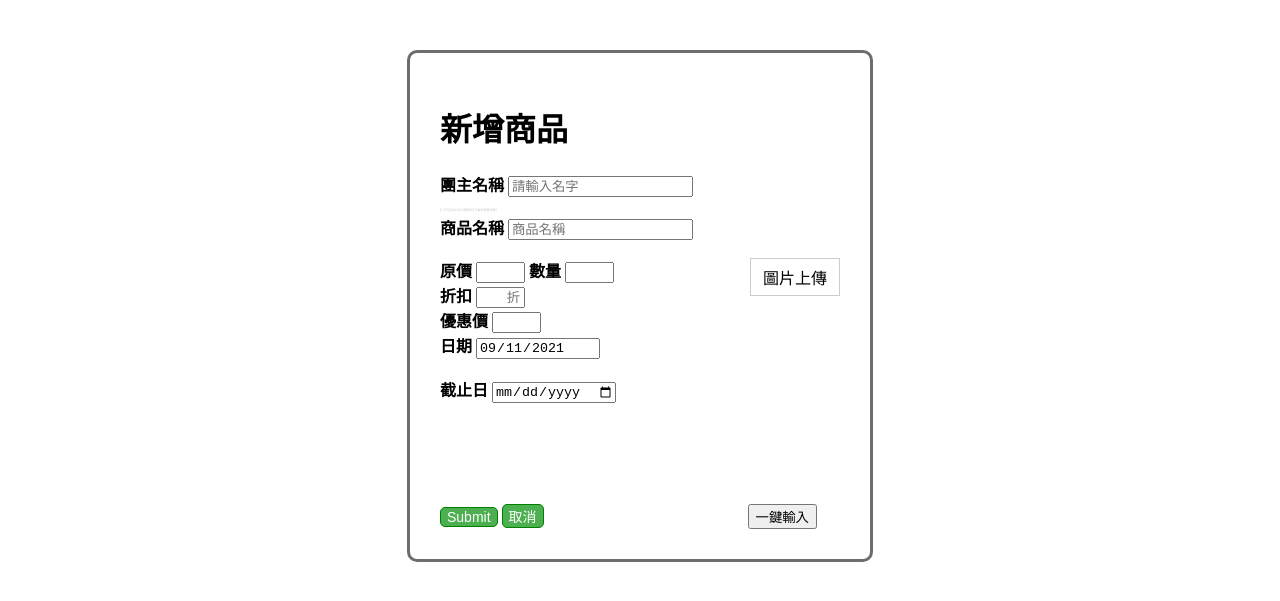
Repository: irlmpbfhvf2009/2021-09-17-Pro2-MVC
Page: http://localhost/Groupon/Manage-add.jsp
These files come from the project's save history. The page is drawn as it stood at one moment and after the next save; the edit follows.
The browser window is 1280 px wide. The pictures show the whole page.
The page is served by Tomcat 9. Other server files are loaded and not shown.

Above is the page before, as saved 2021-09-14 04:08:27.

### Groupon/src/main/webapp/Manage-add.jsp
<%@ page language="java" contentType="text/html; charset=UTF-8"
	pageEncoding="UTF-8"%>
<!DOCTYPE html>
<html>
<head>
<meta charset="UTF-8">
<title>新增團購</title>
<link rel="stylesheet" href="style.css">
<style>
input[type="file"] {
	position: fixed;
	right: 100%;
	bottom: 100%;
}

.custom-file-upload {
	border: 1px solid #ccc;
	display: inline-block;
	padding: 6px 12px;
	cursor: pointer;
}
img{float=none;}
</style>
</head>

<body>
	<div class="divform">
		<h1>新增商品</h1>
		<form action="./ProServlet" method="post">

			<!-- 團主名稱 -->
			<strong>團主名稱 </strong>
			<input type="text" class="leader" name="leader" required placeholder="請輸入名字">
			<span class="spleader"></span><br><span class="spanText">(1.不可空白2.至少兩個字3.不能有特殊符號)</span><br>

			<!-- 商品名稱 -->
			<strong>商品名稱 </strong><input type="text" name="productName" required class="productname" placeholder="商品名稱">
			<span class="spproductname"></span><br><br>

						<!-- 圖片 -->
			<div style="float:right;">
			<label for="file-upload" class="custom-file-upload"><i class="fa fa-cloud-upload"></i> 圖片上傳</label>
			<input id="file-upload" type="file" name="img" class="upl" />
			    <div>
        			<img class="preview" style="max-width: 150px; max-height: 150px;">
       				 <!-- <div class="size"></div> -->
    			</div>
			</div>
			<!-- 原價 -->
			<strong>原價 </strong><input type="text" class="price" required name="price" maxlength="6" size="3">

			<!-- 數量 -->
			<strong>數量 </strong><input type="text" name="quantity" required class="quantity" maxlength="3" size="3"><br>

			<!-- 折扣 -->
			<strong>折扣 </strong><input type="text" class="discount" required name="discount" maxlength="2" size="3" placeholder="　　折">
			<span class="spdiscount"></span><br>

			<!-- 優惠價 -->
			<strong>優惠價 </strong><input type="text" class="newprice" name="newprice" size="3" readonly><br>

			<!-- 日期 -->
			<strong>日期 </strong><input type="date" name="date" size="4" id="dt" readonly><br><br>

			<!-- 截止日 -->
			<strong>截止日 </strong><input type="date" required name="deadline" size="4" id="dat" ><br><br>

<br><br>

			<!-- 按鈕 -->
			<input type="submit" id="sbtn" name="gSubmit" style="margin-top: 50px;" class="sgbtn">
			<a href="Home.jsp"><input type="button" name="cancel" class="sgbtn" value="取消"></a>
			<input type="button" class="ssgbtn" value="一鍵輸入" style="margin-left:200px">
		</form>
	</div>
	<script src="https://code.jquery.com/jquery-3.6.0.js"></script>
	<script>
    	document.getElementById("dt").valueAsDate = new Date();

	$(function(){
		// 優惠價計算
		$('.price,.discount').on('change blur focus load',function(){
		if($('.discount').val()<10){
			$('.newprice').val(parseInt($('.price').val()*$('.discount').val()/10));
			$('.spdiscount').html('');
		}else if($('.discount').val()>10&&$('.discount').val()<100){
			$('.newprice').val(parseInt($('.price').val()*$('.discount').val()/100));
			$('.spdiscount').html('');
		}else{
			$('.spdiscount').html("<img style='width:15px' src='https://cdn-icons-png.flaticon.com/128/753/753345.png'>格式錯誤");
		}
		});
		// 團主姓名驗證
			$('.leader').on('blur',function(){
		let leaderval = $('.leader').val();
		let leaderlen = leaderval.length;
		if(leaderlen==0){
			$('.spleader').html("<img style='width:15px' src='https://cdn-icons-png.flaticon.com/128/753/753345.png'>不可空白")
		}else if(leaderlen<2){
			$('.spleader').html("<img style='width:15px' src='https://cdn-icons-png.flaticon.com/128/753/753345.png'>長度不足")
		}else if(leaderlen>1){
			for(let i=0;i<leaderlen;i++){
				let ch = leaderval.charCodeAt(i);
 				if (ch >= 0x4e00 && ch <= 0x9fff) {flag = true;}
 				else {flag = false; break;}
			}
			if (flag){$('.spleader').html("<img style='width:15px' src='https://cdn-icons-png.flaticon.com/128/1828/1828640.png'>")}
			else {$('.spleader').html("<img style='width:15px' src='https://cdn-icons-png.flaticon.com/128/753/753345.png'>格式錯誤")}
		}
	});
		// 產品名稱不能為空
		$('.productname').on('blur',function(){
				let productname = $('.productname').val();
				if(productname.length==0){
			$('.spproductname').html("<img style='width:15px' src='https://cdn-icons-png.flaticon.com/128/753/753345.png'>不可空白")
				}else{
			$('.spproductname').html("<img style='width:15px' src='https://cdn-icons-png.flaticon.com/128/1828/1828640.png'>")
				}
	});


        $('.ssgbtn').on('click',function(){
            let firstname=["李","西門","沈","張","上官","司徒","歐陽","軒轅","趙", "錢", "孫", "周", "吳", "鄭", "王", "馮", "陳","元", "卜", "顧", "孟", "平", "黃", "和", "穆", "蕭", "尹"];
            let name=["彪","巨昆","銳","翠花","小小","撒撒","熊大","寶強","子璇", "淼", "國棟", "夫子", "瑞堂", "甜", "敏", "尚", "國賢", "賀祥", "晨濤","建林", "亦菲", "林", "冰潔", "佳欣", "涵涵", "禹辰", "淳美", "澤惠", "偉洋"];
            let a = firstname[Math.floor(Math.random() * (firstname.length))];
            let b = name[Math.floor(Math.random() * (name.length))];
            $('.leader').val(a+b);
            //商品名
            $('.quantity').val(Math.floor(Math.random()*100)+10);
            $('.price').val(Math.floor(Math.random()*1000)+100);
            $('.discount').val(Math.floor(Math.random()*9)+1);
            if($('.discount').val()<10){
    			$('.newprice').val(parseInt($('.price').val()*$('.discount').val()/10));
    			$('.spdiscount').html('');
    		}else if($('.discount').val()>10&&$('.discount').val()<100){
    			$('.newprice').val(parseInt($('.price').val()*$('.discount').val()/100));
    			$('.spdiscount').html('');
    		}else{
    			$('.spdiscount').html("<img style='width:15px' src='https://cdn-icons-png.flaticon.com/128/753/753345.png'>格式錯誤");
    		}
			let productname=["【GROUPON】鐵板燒香魚/碳烤魷魚條 2包/5包",
				"【蛋塔工場】蛋塔12入:頂級用料 冰或熱都好吃",
				"NIKE AF1/1 男休閒鞋 CV1758100/DD2429001 兩色可選",
				"刮鬍刀 德國設計 4D防水三刀頭電刮鬍刀 全機可水洗 4D浮動三刀頭",
				"馬卡龍攪拌杯🥛神奇可可 控卡 婕樂纖 抖音爆紅",
				"N+Y💕 銀針韓國東大門耳環 垂墜流蘇珠珠款❤️",
				"手作💕撞色質感帆布托特包",
				"日本天然有機NOCOR產前後明星保養組:前導油+修修身體霜+產後按摩油",
				"《K.T.T.》 HL 類國軍公發MICH盔（低耳）抗彈頭盔 抗彈國際NIJ106.3A認證",]
			$('.productname').val(productname[Math.floor(Math.random() * (productname.length))]);
			var y=["2021","2022"];
			var m=["01","02","03","04","05","06","07","08","09","10","11","12"];
			var d=["01","02","03","04","05","06","07","08","09","10","11","12","13","14","15",
			"16","17","18","19","20","21","22","23","24","25","26","27","28"];
			var yy=y[Math.floor(Math.random() * (y.length))];
			var mm=m[Math.floor(Math.random() * (m.length))];
			var dd=d[Math.floor(Math.random() * (d.length))];
			$('#dat').val(yy+'-'+mm+'-'+dd);
        })
            function format_float(num, pos){
        var size = Math.pow(10, pos);
        return Math.round(num * size) / size;}
    function preview(input) {
        if (input.files && input.files[0]) {
            var reader = new FileReader();
            reader.onload = function (e) {
                $('.preview').attr('src', e.target.result);
                var KB = format_float(e.total / 1024, 2);
                $('.size').text("檔案大小：" + KB + " KB");}
            reader.readAsDataURL(input.files[0]);}}
    $("body").on("change", ".upl", function (){preview(this);})
	})
	</script>
</body>
</html>

### Groupon/src/main/webapp/style.css
@charset "UTF-8";
.sgbtn {
	background-color: #4CAF50;
	border: 1px solid green;
	border-radius: 5px;
	color: white;
	text-align: center;
	display: inline-block;
	font-size: 14px;
	cursor: pointer;
	}
nav{
	background-color:lightgray;
	height:50px;
	margin:0 auto;
	padding:0 auto;
	}
nav a {color: black;
	text-decoration: none;
	display: inline-block;
	padding: 6px 20px;
	font-size: 26px;
	background-color: lightgray;
	transition: 0.5s;
	}
nav a:hover {
	background-color: gray;
	}
.divform {
	margin:0 auto;margin-top: 50px;
	padding:30px;
	border: 3px solid rgb(111, 108, 108);
    border-radius: 10px;
    border-collapse: collapse;
	width: 400px;
	}
.divlist {
	margin-left:100px;
	margin-top: 10px;
	padding: 50px;
	width: 800px;
	height: 100px;
	font-size:20px;
}

.newpriceShow{
	font-size:22px;color:red;
	}
.priceShow{
	color:red;
	font-size:20px;
	text-decoration:line-through;
	}
.bor{
	width:600px
	}
.spanText {
	font-size: 3px;
	color: silver;
}

table {
	margin: auto;
	margin-top: 50px;
}

th, td {
	border: 1px solid;
	background-color: rgb(191, 216, 206);
	text-align: center;
}

After the next save:
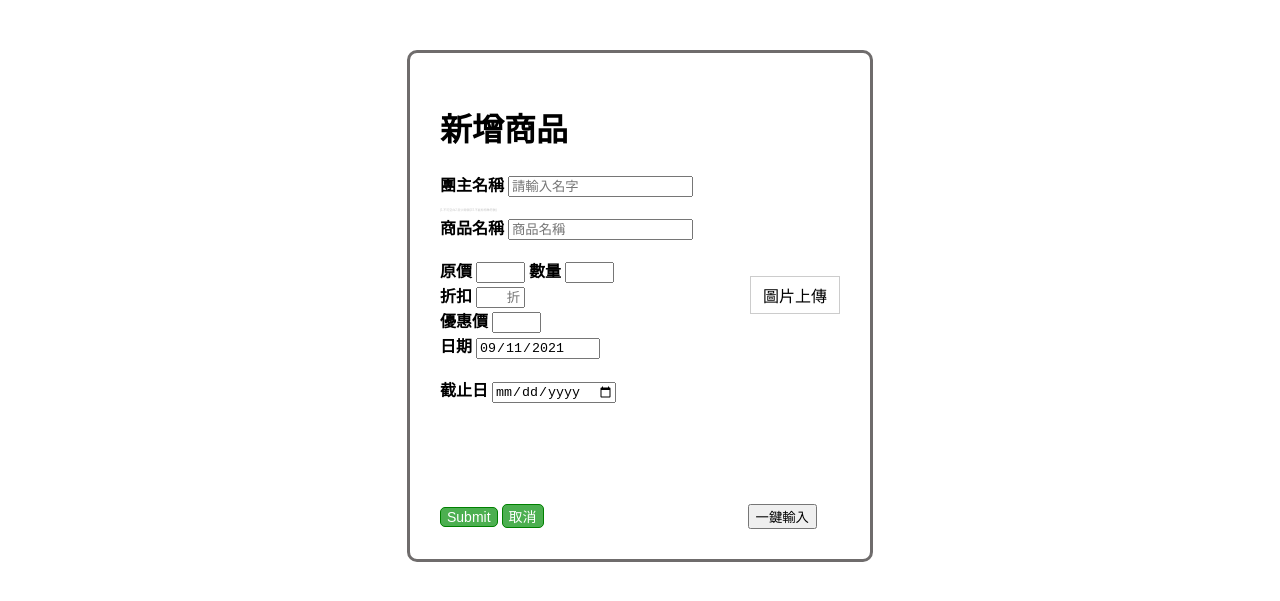
Saved 31 s later.
--- a/Groupon/src/main/webapp/Manage-add.jsp
+++ b/Groupon/src/main/webapp/Manage-add.jsp
@@ -39,12 +39,12 @@
 
 						<!-- 圖片 -->
 			<div style="float:right;">
+			    <div>
+        			<img class="preview" style="max-width: 150px; max-height: 150px;">
+       				<div class="size"></div>
+    			</div>
 			<label for="file-upload" class="custom-file-upload"><i class="fa fa-cloud-upload"></i> 圖片上傳</label>
 			<input id="file-upload" type="file" name="img" class="upl" />
-			    <div>
-        			<img class="preview" style="max-width: 150px; max-height: 150px;">
-       				 <!-- <div class="size"></div> -->
-    			</div>
 			</div>
 			<!-- 原價 -->
 			<strong>原價 </strong><input type="text" class="price" required name="price" maxlength="6" size="3">

After the save that followed:
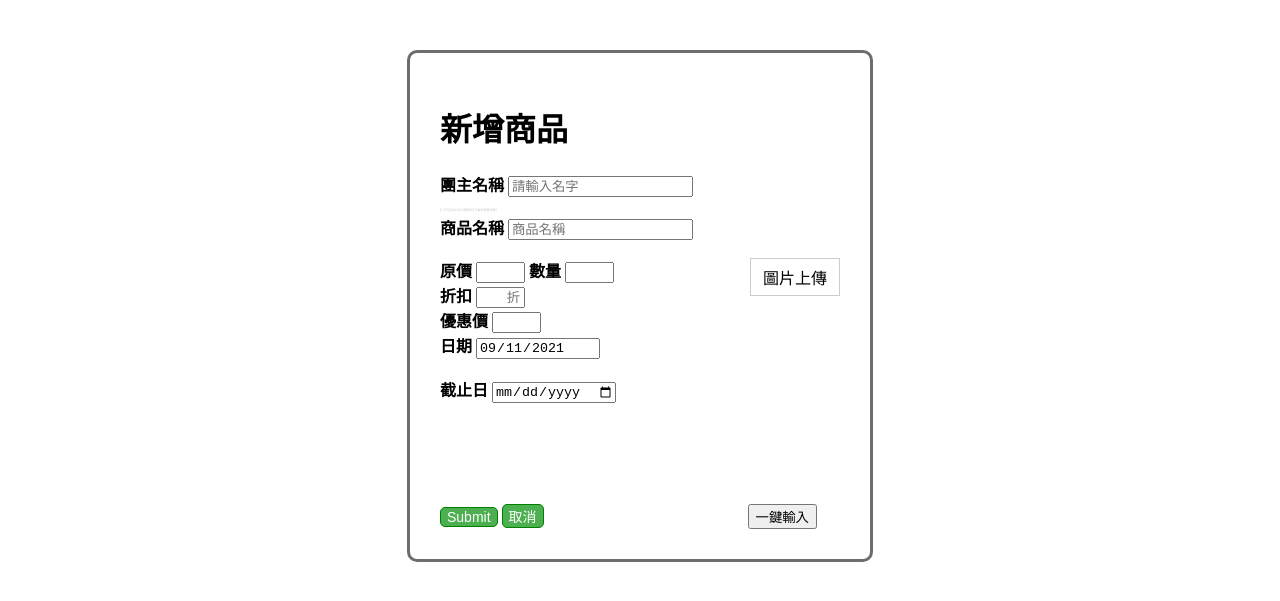
Saved 67 s later.
--- a/Groupon/src/main/webapp/Manage-add.jsp
+++ b/Groupon/src/main/webapp/Manage-add.jsp
@@ -39,12 +39,12 @@
 
 						<!-- 圖片 -->
 			<div style="float:right;">
+			<label for="file-upload" class="custom-file-upload"><i class="fa fa-cloud-upload"></i> 圖片上傳</label>
+			<input id="file-upload" type="file" name="img" class="upl" />
 			    <div>
         			<img class="preview" style="max-width: 150px; max-height: 150px;">
        				<div class="size"></div>
     			</div>
-			<label for="file-upload" class="custom-file-upload"><i class="fa fa-cloud-upload"></i> 圖片上傳</label>
-			<input id="file-upload" type="file" name="img" class="upl" />
 			</div>
 			<!-- 原價 -->
 			<strong>原價 </strong><input type="text" class="price" required name="price" maxlength="6" size="3">
